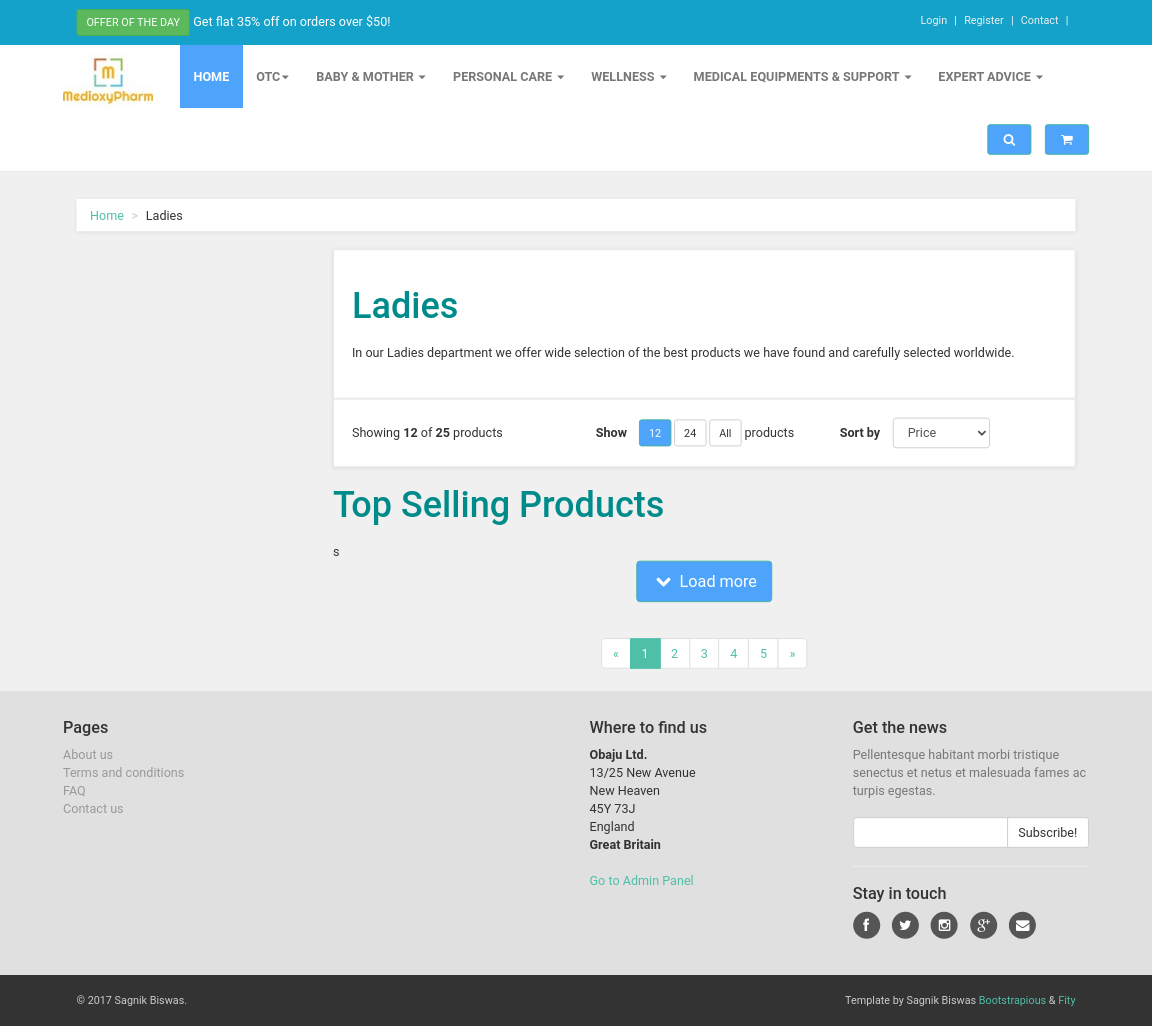
Repository: Sagnikb9/Java-Devops-Ecommerce
Page: http://localhost/MedioxyPharm/WEB-INF/views/product.jsp
The author's editor kept a copy of each file at every save. The page is drawn from the files as they stood at one save, then again after the next save.
The browser window is 1280 px wide. The pictures show the whole page, at 90% of full size.
Some web fonts or font styles are not loaded; a fallback is used. The page is served by Tomcat 9. Nobody is signed in. The template is opened directly, without the code that normally fills it, so the values that code supplies are empty.

Above is the page before, as saved 2017-11-17 23:23:10.

After the next save:
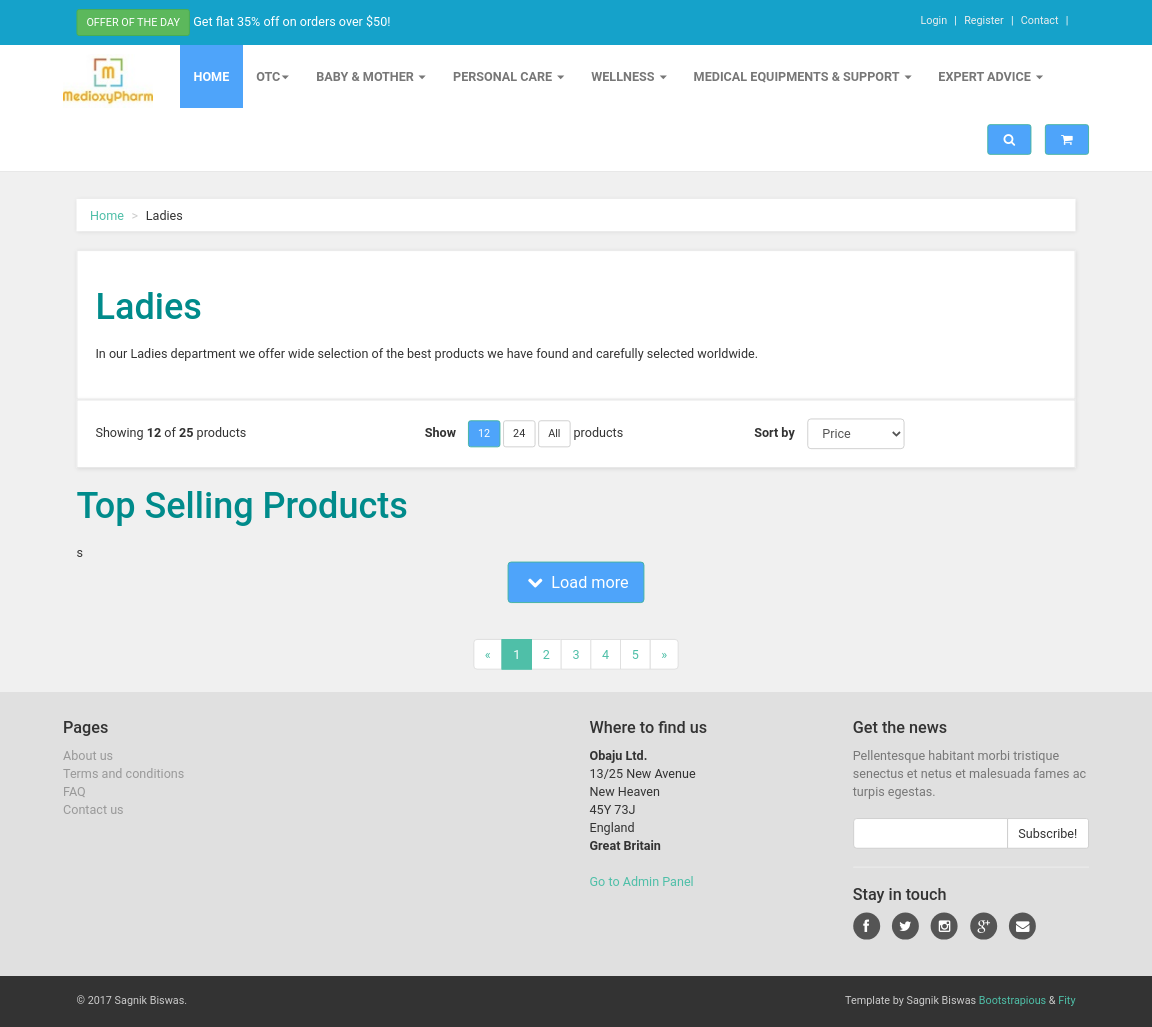
Saved 41 s later.
--- a/MedioxyPharm/src/main/webapp/WEB-INF/views/product.jsp
+++ b/MedioxyPharm/src/main/webapp/WEB-INF/views/product.jsp
@@ -32,7 +32,7 @@
 
                 </div>
 
-                <div class="col-md-9">
+                <div class="col-md-12">
                     <div class="box">
                         <h1>Ladies</h1>
                         <p>In our Ladies department we offer wide selection of the best products we have found and carefully selected worldwide.</p>
